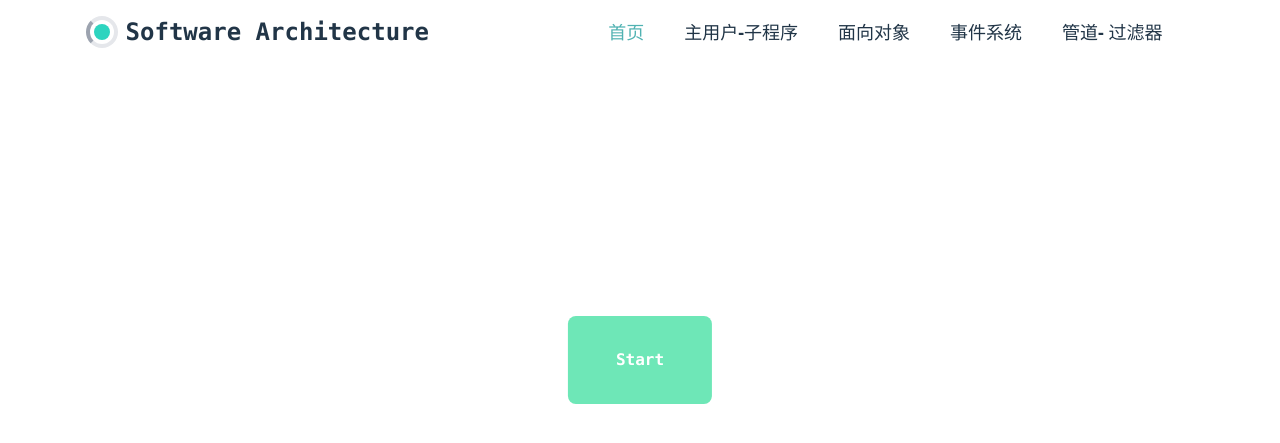
Repository: MarchRory/software_architecture_lab2
Page: / (app in lab2/)
An editor plug-in stored every save of this project. The page is shown before and after the next save, followed by the edit.
The browser window is 1280 px wide. The pictures show the whole page.
The project was rebuilt for these pictures with package versions that can differ from the ones it lists, and the page was loaded fresh each time. Also part of the build but not shown: lab2/vite.config.ts. Imported but missing from the stored project, and not drawn on this page: lab2/src/views/OOP/index.vue, lab2/src/views/PipFilter/index.vue, lab2/src/views/eventsSys/index.vue, lab2/src/views/mainChild/index.vue.

Above is the page before, as saved 2023-11-16 14:46:42.

After the next save:
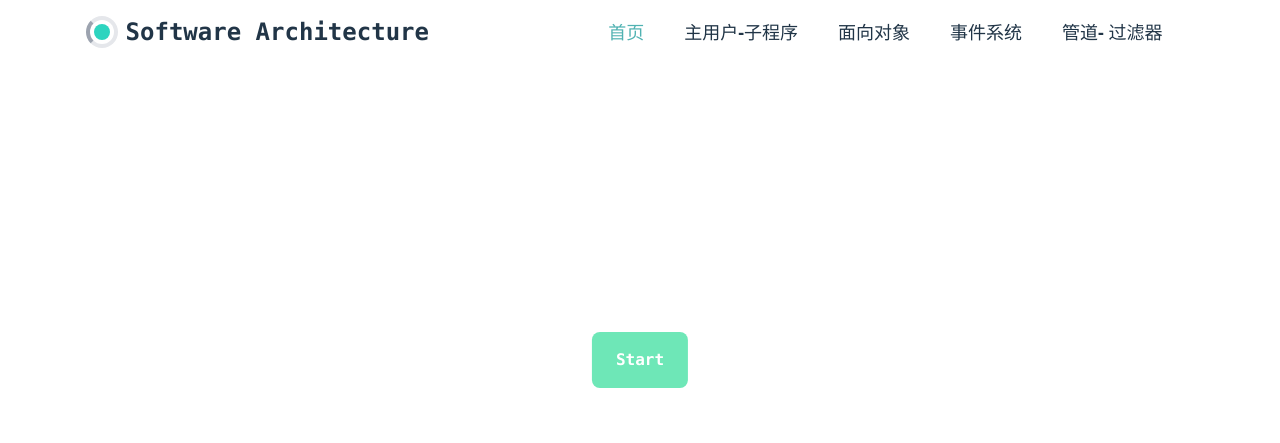
Saved 15 s later.
--- a/lab2/src/views/hello/index.vue
+++ b/lab2/src/views/hello/index.vue
@@ -14,7 +14,9 @@
 		class="flex flex-col justify-around"
 	>
 		<div class=""></div>
-		<div class="px-12 py-8 font-mono font-bold text-white rounded-lg bg-emerald-300">Start</div>
+		<div class="px-6 py-4 font-mono font-bold text-white rounded-lg font-lg bg-emerald-300">
+			Start
+		</div>
 	</div>
 </template>
 
